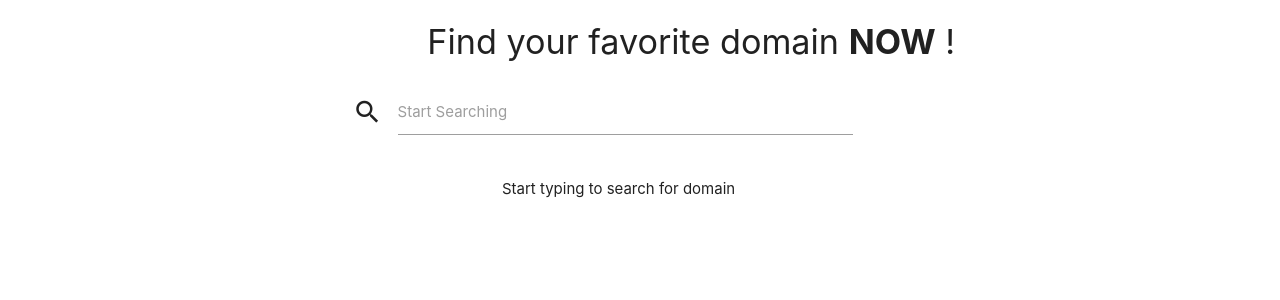
Repository: habib-urrehmaan/domain-name-searcher
Page: / (app in client/)
These files come from the project's save history. The page is drawn as it stood at one moment and after the next save; the edit follows.
The browser window is 1280 px wide. The pictures show the whole page.
The project was rebuilt for these pictures with package versions that can differ from the ones it lists, and the page was loaded fresh each time. Also part of the build but not shown: client/src/Suggested.js, client/src/Suggested.css.

Above is the page before, as saved 2020-04-17 21:53:19.

After the next save:
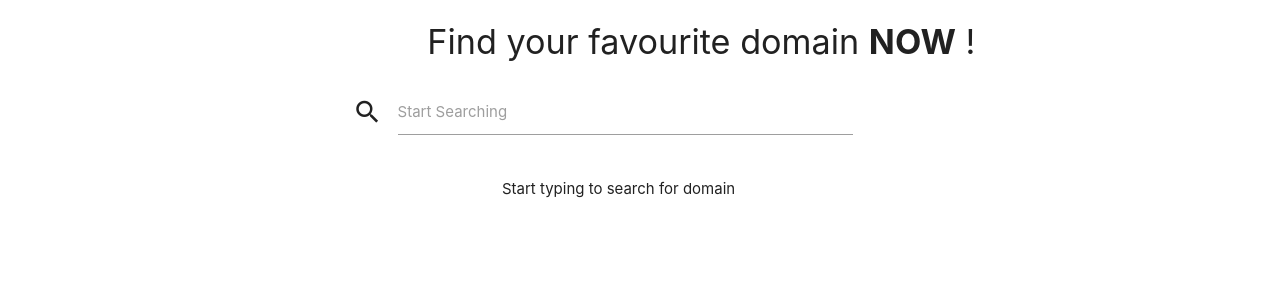
Saved 4 min 21 s later.
--- a/client/src/Search.js
+++ b/client/src/Search.js
@@ -29,7 +29,7 @@ class Search extends Component {
             <div>
                 <div className="row">
                     <div className="col offset-s3">
-                        <h4>Find your favorite domain <b>NOW</b> !</h4>
+                        <h4>Find your favourite domain <b>NOW</b> !</h4>
                     </div>
                     <div className="input-field col s7 offset-s2">
                         <i className="material-icons prefix">search</i>
